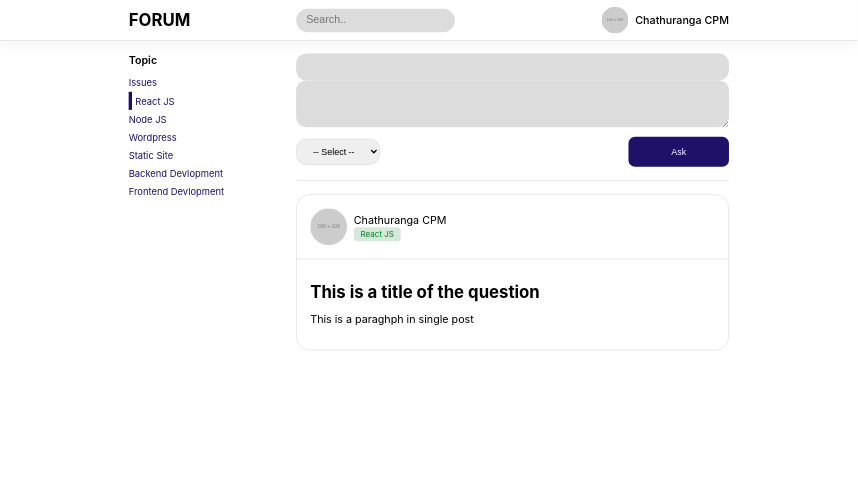
Repository: ChathurangaCPM/developer-forum
Page: / (app in client/)
An editor plug-in stored every save of this project. The page is shown before and after the next save, followed by the edit.
The browser window is 1280 px wide. The pictures show the whole page, at 67% of full size.
The project was rebuilt for these pictures with package versions that can differ from the ones it lists, and the page was loaded fresh each time.

Above is the page before, as saved 2022-05-09 23:23:07.

After the next save:
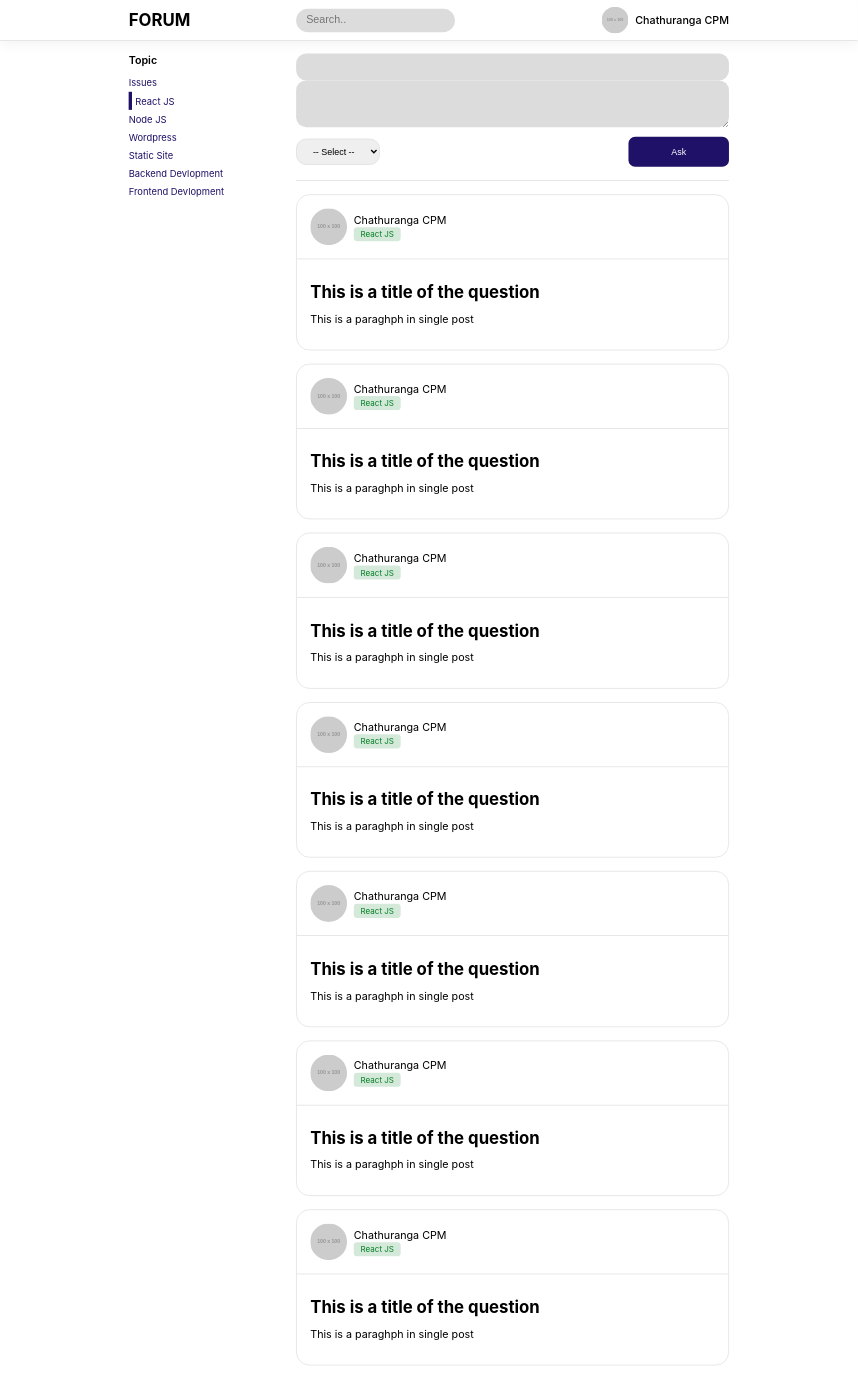
Saved 10 s later.
--- a/client/src/App.js
+++ b/client/src/App.js
@@ -17,6 +17,12 @@ function App() {
 
 					{/* Load dynamically */}
 					<SingleQuestion/>
+					<SingleQuestion/>
+					<SingleQuestion/>
+					<SingleQuestion/>
+					<SingleQuestion/>
+					<SingleQuestion/>
+					<SingleQuestion/>
 				</div>
 			</div>
 		</div>
